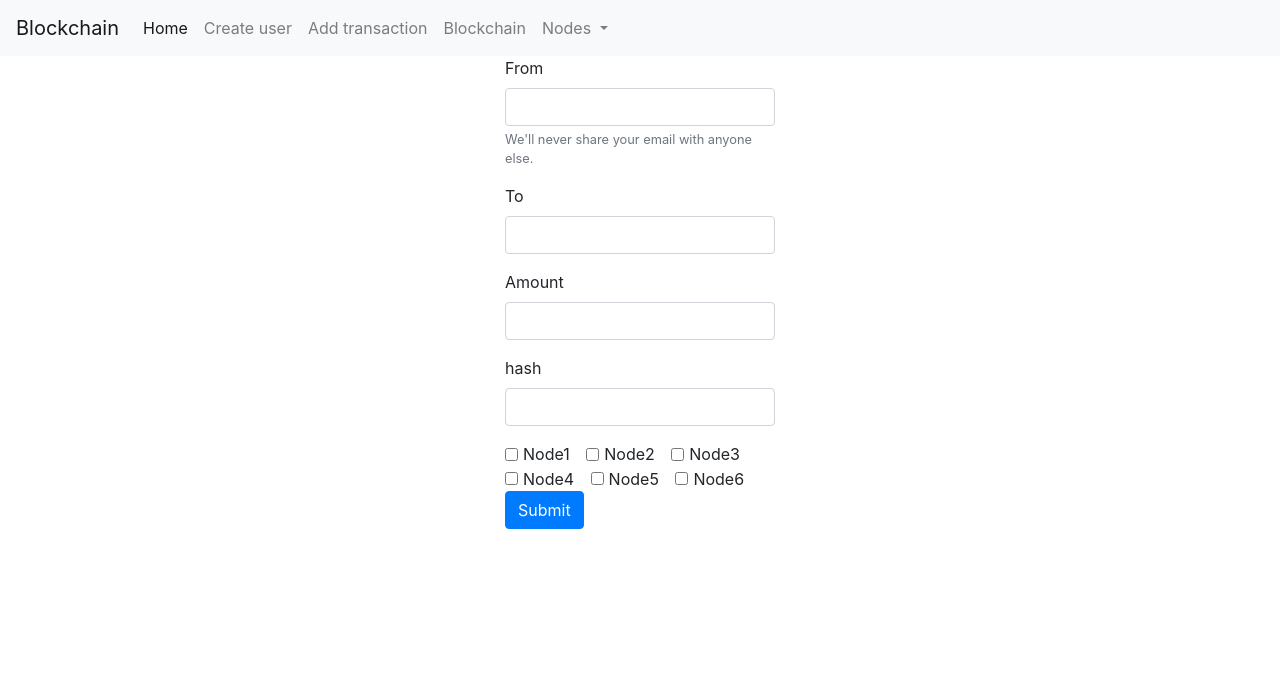
Repository: ivan151/blockchain
Page: templates/edit.html
An editor plug-in stored every save of this project. The page is shown before and after the next save, followed by the edit.
The browser window is 1280 px wide. The pictures show the whole page.
The page is served by the project's application, run on Flask 3 (main.py). The template is opened directly, without the code that normally fills it, so the values that code supplies are empty.

Above is the page before, as saved 2020-04-24 11:23:16.

After the next save:
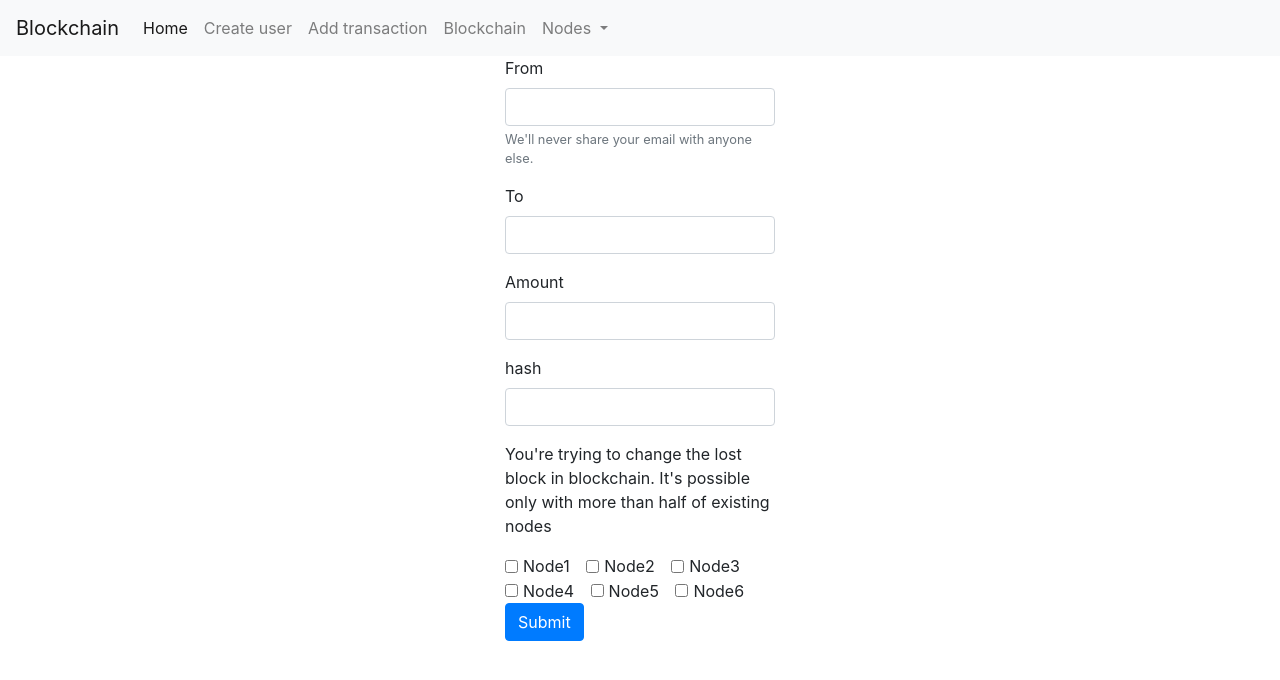
Saved 96 s later.
--- a/templates/edit.html
+++ b/templates/edit.html
@@ -22,6 +22,7 @@
       <input type="text" class="form-control" id="hash" placeholder="{{block['hash']}}" name="hash">
   </div>
   {% if number == last_file %}
+  <p>You're trying to change the lost block in blockchain. It's possible only with more than half of existing nodes</p>
   <div class="form-check form-check-inline">
     <input class="form-check-input" type="checkbox" id="inlineCheckbox1" value="1" name="node1">
     <label class="form-check-label" for="inlineCheckbox1">Node1</label>
